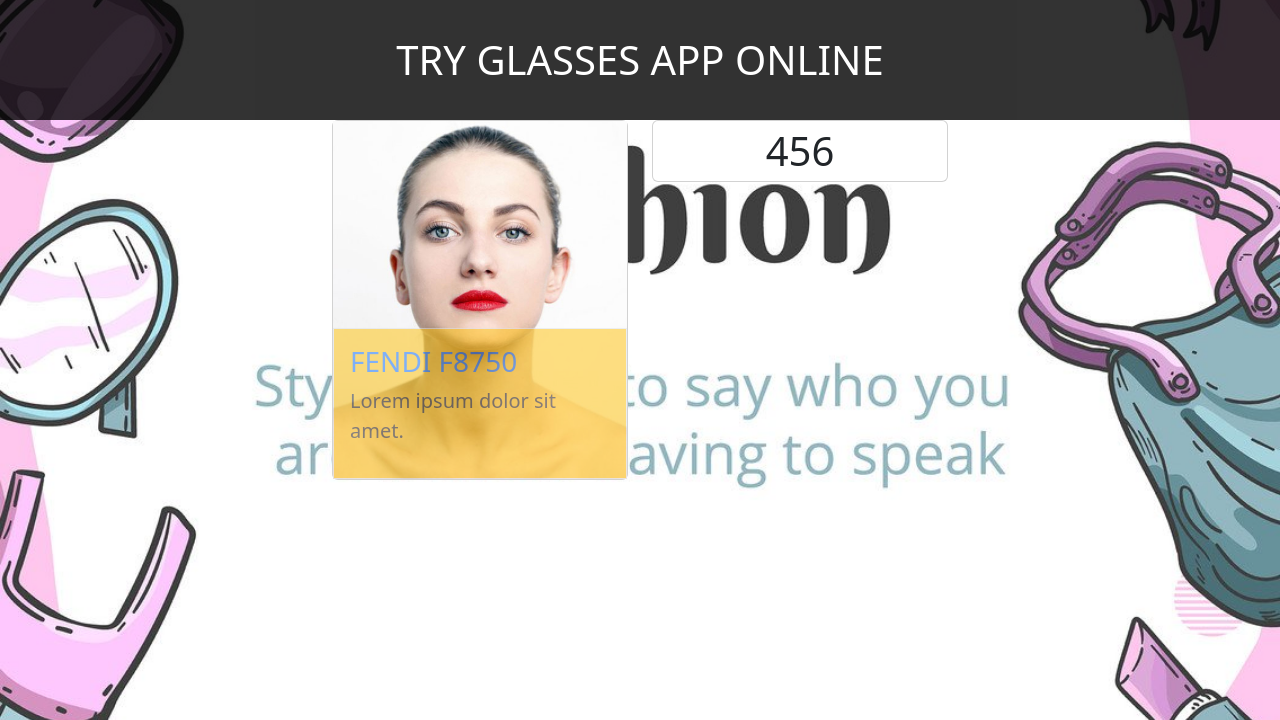
Repository: akira17518/React_JS_Glasses
Page: /
An editor plug-in stored every save of this project. The page is shown before and after the next save, followed by the edit.
The browser window is 1280 px wide. The pictures show the whole page.
The project was rebuilt for these pictures with package versions that can differ from the ones it lists, and the page was loaded fresh each time.

Above is the page before, as saved 2023-05-10 10:20:53.

### public/index.html
<!DOCTYPE html>
<html lang="en">

<head>
  <meta charset="utf-8" />
  <link rel="icon" href="%PUBLIC_URL%/favicon.ico" />
  <meta name="viewport" content="width=device-width, initial-scale=1" />
  <meta name="theme-color" content="#000000" />
  <meta name="description" content="Web site created using create-react-app" />
  <link rel="apple-touch-icon" href="%PUBLIC_URL%/logo192.png" />
  <!--
      manifest.json provides metadata used when your web app is installed on a
      user's mobile device or desktop. See https://developers.google.com/web/fundamentals/web-app-manifest/
    -->
  <link rel="manifest" href="%PUBLIC_URL%/manifest.json" />
  <link href="https://cdn.jsdelivr.net/npm/bootstrap@5.3.0-alpha3/dist/css/bootstrap.min.css" rel="stylesheet"
    integrity="sha384-KK94CHFLLe+nY2dmCWGMq91rCGa5gtU4mk92HdvYe+M/SXH301p5ILy+dN9+nJOZ" crossorigin="anonymous">
  <!--
      Notice the use of %PUBLIC_URL% in the tags above.
      It will be replaced with the URL of the `public` folder during the build.
      Only files inside the `public` folder can be referenced from the HTML.

      Unlike "/favicon.ico" or "favicon.ico", "%PUBLIC_URL%/favicon.ico" will
      work correctly both with client-side routing and a non-root public URL.
      Learn how to configure a non-root public URL by running `npm run build`.
    -->
  <title>React App</title>
</head>

<body class="">
  <noscript>You need to enable JavaScript to run this app.</noscript>
  <div id="root"></div>
  <!--
      This HTML file is a template.
      If you open it directly in the browser, you will see an empty page.

      You can add webfonts, meta tags, or analytics to this file.
      The build step will place the bundled scripts into the <body> tag.

      To begin the development, run `npm start` or `yarn start`.
      To create a production bundle, use `npm run build` or `yarn build`.
    -->
  <script src="https://cdn.jsdelivr.net/npm/bootstrap@5.3.0-alpha3/dist/js/bootstrap.bundle.min.js"
    integrity="sha384-ENjdO4Dr2bkBIFxQpeoTz1HIcje39Wm4jDKdf19U8gI4ddQ3GYNS7NTKfAdVQSZe"
    crossorigin="anonymous"></script>
</body>

</html>

### src/index.js
import React from 'react';
import ReactDOM from 'react-dom/client';
import App from './App';

const root = ReactDOM.createRoot(document.getElementById('root'));
root.render(
    <App></App>
);

### src/App.js
import React, { Component } from 'react'
import BaiTapSetState from './BTsetState/BaiTapSetState'
import appCSS from './assets/app.module.css'
export default class App extends Component {
    render() {
        return (
            <div className={`${appCSS.app} vh-100`}>
                <BaiTapSetState></BaiTapSetState>
            </div>
        )
    }
}

### src/BTsetState/BaiTapSetState.jsx
import React, { Component } from 'react'
import HeaderComponent from './HeaderComponent'
import Content from './Content'

export default class extends Component {
  render() {
    return (
      <div>
        <div>
          <HeaderComponent></HeaderComponent>
        </div>
        <div className='w-50 m-auto fs-1 text-center'>
          <Content></Content>
        </div>
      </div>
    )
  }
}

### src/assets/app.module.css
.app {
    background:  url(../../public/img/background.jpg);
    background-position: center;
    background-repeat: no-repeat;
    background-size: cover;
}

### src/BTsetState/HeaderComponent.jsx
import React, { Component } from 'react'
import headerStyle from '../assets/header.module.css'
export default class HeaderComponent extends Component {
    render() {
        return (
            <div className={`${headerStyle.header}`}>TRY GLASSES APP ONLINE</div>
        )
    }
}

### src/BTsetState/Content.jsx
import React, { Component } from 'react'

export default class Content extends Component {
  render() {
    return (
      <div className='container'>
        <div className="top-model">
          <div className="row">
            <div className="col-6">
              <div className='card-left card'>
                <img src="./img/model.jpg" alt="" />
                <div className="card-body fs-5 text-start position-absolute bottom-0 end-0 start-0 opacity-50 bg-warning border">
                  <h3 className='text-primary'>FENDI F8750</h3>
                  <p>Lorem ipsum dolor sit amet.</p>
                </div>
              </div>
            </div>
            <div className="col-6">
              <div className='card-right card'>
                <img src="" alt="" />
                456
              </div>
            </div>
          </div>
        </div>

      </div>
    )
  }
}

### src/assets/header.module.css
.header {
    background-color: black;
    opacity: 0.8;
    color: #fff;
    text-align: center;
    font-size: 40px;
    padding: 30px;
}

After the next save:
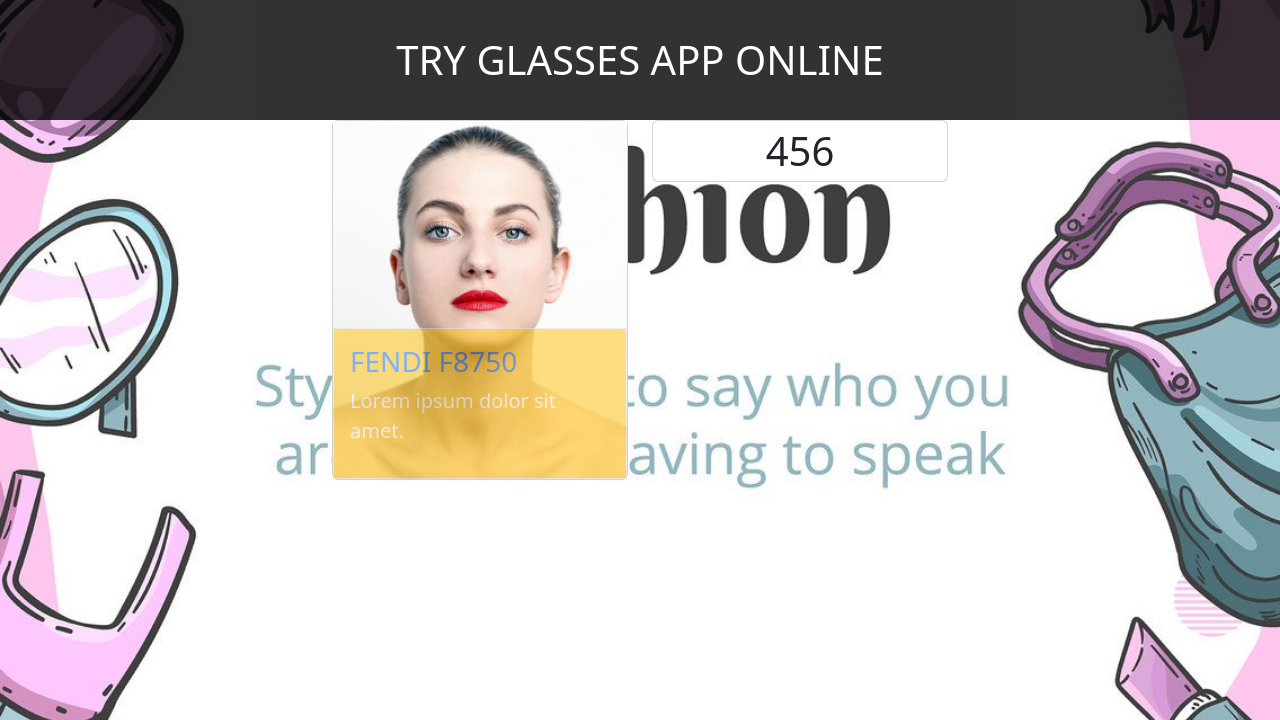
Saved 15 s later.
--- a/src/BTsetState/Content.jsx
+++ b/src/BTsetState/Content.jsx
@@ -11,7 +11,7 @@
                 <img src="./img/model.jpg" alt="" />
                 <div className="card-body fs-5 text-start position-absolute bottom-0 end-0 start-0 opacity-50 bg-warning border">
                   <h3 className='text-primary'>FENDI F8750</h3>
-                  <p>Lorem ipsum dolor sit amet.</p>
+                  <p className='text-white'>Lorem ipsum dolor sit amet.</p>
                 </div>
               </div>
             </div>
